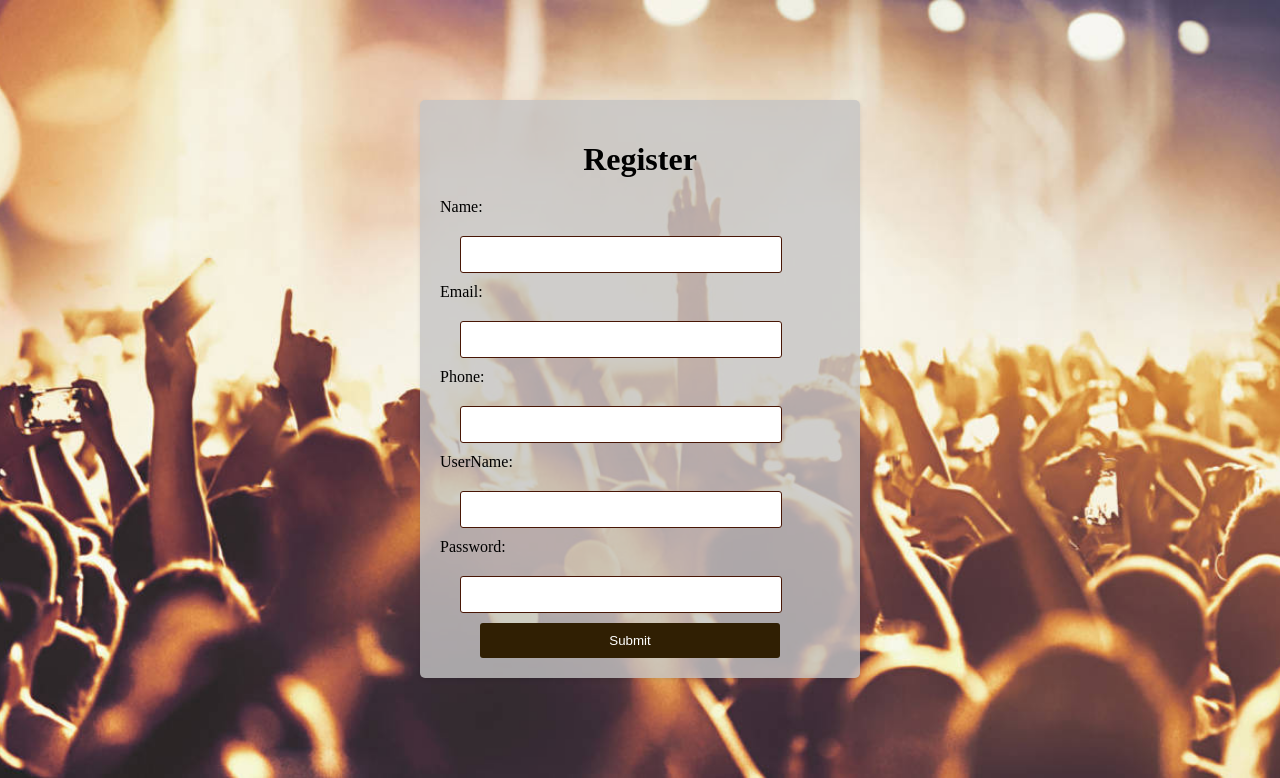
Repository: Dulankayapa/2ndyearoopprojrct
Page: http://localhost/feedback/Registration.jsp
The author's editor kept a copy of each file at every save. The page is drawn from the files as they stood at one save, then again after the next save.
The browser window is 1280 px wide. The pictures show the whole page.
The page is served by Tomcat 9. Other server files are loaded and not shown.

Above is the page before, as saved 2023-10-22 18:41:17.

### feedback/src/main/webapp/Registration.jsp
<%@ page language="java" contentType="text/html; charset=UTF-8"
    pageEncoding="UTF-8"%>
<!DOCTYPE html>
<html>
<head>
<meta charset="UTF-8">
<title>Insert title here</title>
<style>body {
    background-image: url("Case-Event-economics.jpg");
    background-size: cover;
    background-position: center;
    background-repeat: no-repeat;
  }

  form {
    max-width: 400px;
    margin: 100px auto;
    padding: 20px;
    border-radius: 5px;
    background-color: #c6c5c5cc;
    box-shadow: 0 2px 4px rgba(0, 0, 0, 0.1);
  }

  h1 {
    text-align: center;
    margin-bottom: 20px;
  }

  input[type="text"],
  input[type="password"] {
    margin: 20px;
    width: 300px;
    padding: 10px;
    border: 1px solid hsl(15, 87%, 15%);
    border-radius: 3px;
    margin-bottom: 10px;
  }

  input[type="submit"] {
    width: 300px;
    padding: 10px;
    background-color: #301f03;
    color: #fff;
    border: none;
    border-radius: 3px;
    cursor: pointer;
    margin-left:40px;
  }

  input[type="submit"]:hover {
    background-color: #449d44;
  }

  label {
    display: block;
    margin-bottom: 5px;
    font-weight: bold;
  }
  </style>
</head>
<body>
	<form action = "insert" method = "post">
		<h1>Register</h1>
		Name:<input type = "text" name = "Name" required><br>
		Email:<input type = "text" name = "Email" required><br>
		Phone:<input type = "text" name = "Phone" required><br>
		UserName:<input type = "text" name = "UserName" required><br>
		Password:<input type = "password" name = "Password" required><br>

		<input type = "submit" value = "Submit">
	</form>
</body>
</html>

After the next save:
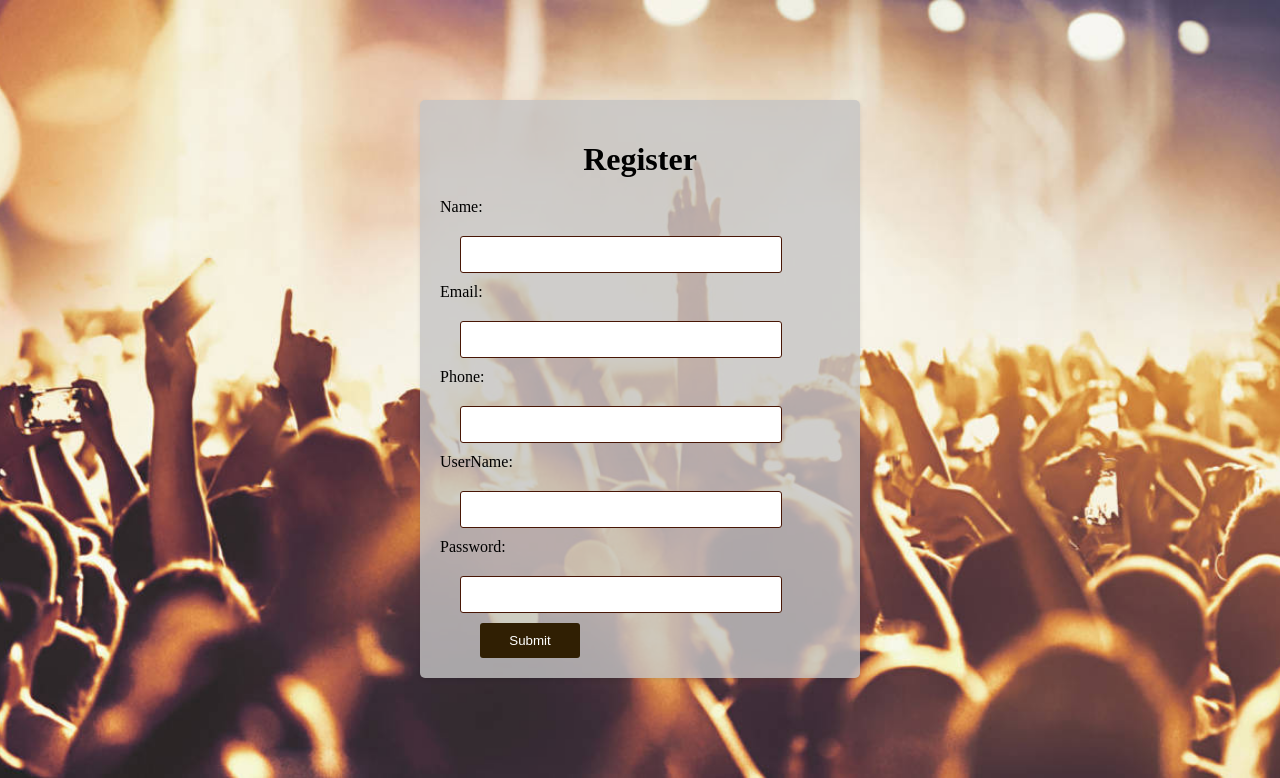
Saved 23 s later.
--- a/feedback/src/main/webapp/Registration.jsp
+++ b/feedback/src/main/webapp/Registration.jsp
@@ -37,7 +37,7 @@
   }
 
   input[type="submit"] {
-    width: 300px;
+    width: 100px;
     padding: 10px;
     background-color: #301f03;
     color: #fff;
